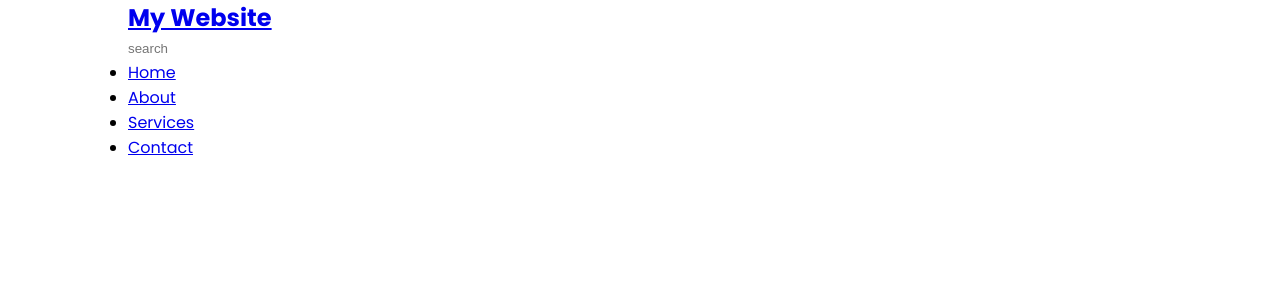
Repository: vncntxl/assesment3
Page: index.html
An editor plug-in stored every save of this project. The page is shown before and after the next save, followed by the edit.
The browser window is 1280 px wide. The pictures show the whole page.

Above is the page before, as saved 2024-08-21 17:04:36.

### index.html
<!DOCTYPE html>
<html lang="en">
<head>
    <meta charset="UTF-8">
    <meta name="viewport" content="width=device-width, initial-scale=1.0">
    <title>Document</title>
    <link rel="stylesheet" href="styles.css">
</head>
<body>
    <nav class="nav">
        <div class="container">
           <h2> <a href="#">My Website</a></h2>
            <div class="search-bar">
                <i class="uil uil-search"></i>
                <input type="search" placeholder="search">
            </div>
          <ul>
            <li><a href="#" class="current">Home</a></li>
            <li><a href="#">About</a></li>
            <li><a href="#">Services</a></li>
            <li><a href="#">Contact</a></li>
          </ul>
        </div>
      </nav>
</body>
</html>

### styles.css
/* font */
@import url('https://fonts.googleapis.com/css2?family=Poppins:ital,wght@0,100;0,200;0,300;0,400;0,500;0,600;0,700;0,800;0,900;1,100;1,200;1,300;1,400;1,500;1,600;1,700;1,800;1,900&display=swap');

*{
    padding: 0;
    margin: 0;
    box-sizing: border-box;
    outline: none;
    border: none;
}

body{
    font-family: 'Poppins',sans-serif;
}

.container{
    width: 80%;
    margin: 0 auto;
}

nav {
    width: 100%;

}

After the next save:
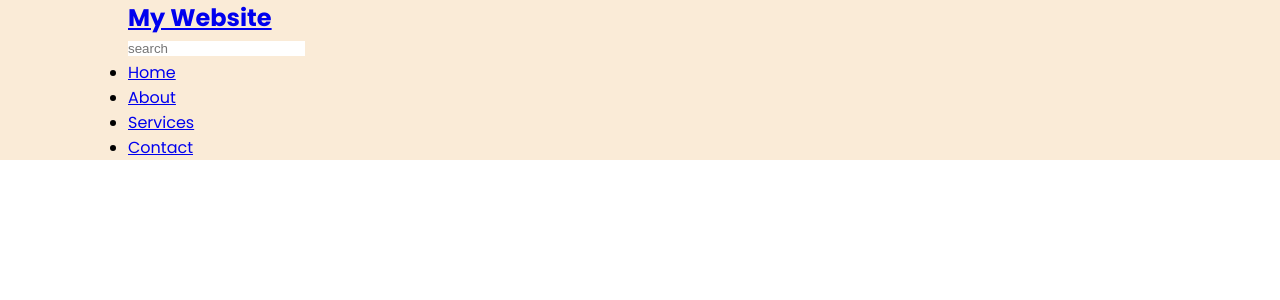
Saved 57 s later.
--- a/styles.css
+++ b/styles.css
@@ -20,5 +20,9 @@ body{
 
 nav {
     width: 100%;
-
+    background-color: antiquewhite;
+    padding: 0.7 rem 0;
+    position: fixed;
+    top: 0;
+    z-index: 10;
 }
